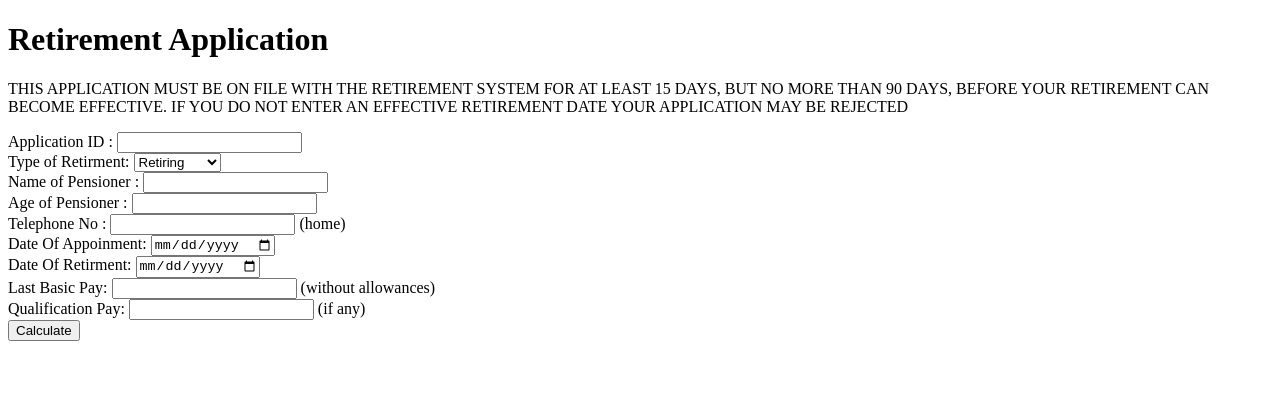
Repository: AQSA-ABDULLAH/RetirementManagmentSystem
Page: RetimentManagmentSystem/src/main/webapp/RetirementApplicationForm.html
These files come from the project's save history. The page is drawn as it stood at one moment and after the next save; the edit follows.
The browser window is 1280 px wide. The pictures show the whole page.

Above is the page before, as saved 2023-08-13 18:14:13.

### RetimentManagmentSystem/src/main/webapp/RetirementApplicationForm.html
<!DOCTYPE html>
<html>
<head>
<meta charset="ISO-8859-1">
<title>Retirment Application</title>
</head>
<body>
  <h1>Retirement Application</h1>
  <form method="post" action="myservlet">

	<p>THIS APPLICATION MUST BE ON FILE WITH THE RETIREMENT SYSTEM FOR AT LEAST 15 DAYS, BUT NO MORE THAN 90
DAYS, BEFORE YOUR RETIREMENT CAN BECOME EFFECTIVE. IF YOU DO NOT ENTER AN EFFECTIVE RETIREMENT DATE
YOUR APPLICATION MAY BE REJECTED</p>

	<label for="id">Application ID :</label>
    <input type="number" id="id" required><br>

	<label for="type">Type of Retirment:</label>
	<select id="fruits" name="fruits">
		<option value="apple">Retiring</option>
		<option value="banana">Banana</option>
        <option value="orange">Orange</option>
        <option value="grape">Grape</option>
        <option value="strawberry">Strawberry</option>
      </select><br>

    <label for="name">Name of Pensioner :</label>
    <input type="text" id="name" required><br>

    <label for="age">Age of Pensioner :</label>
    <input type="number" id="age" required><br>

    <label for="phoneno">Telephone No :</label>
    <input type="number" id="phoneno" required>
    <span>(home)</span><br>

    <label for="DateAppoinment">Date Of Appoinment:</label>
    <input type="date" id="DateApponiment" required><br>

    <label for="DateRetirment">Date Of Retirment:</label>
    <input type="date" id="DateRetirment" required><br>

    <label for="BasicPay">Last Basic Pay:</label>
    <input type="number" id="BasicPay" required>
    <span>(without allowances)</span><br>

    <label for="QualificationPay">Qualification Pay:</label>
    <input type="number" id="QualificationPay">
    <span>(if any)</span><br>

    <button type="button" onclick="calculatePension()">Calculate</button>
  </form>

  <p id="result"></p>
</body>
</html>

After the next save:
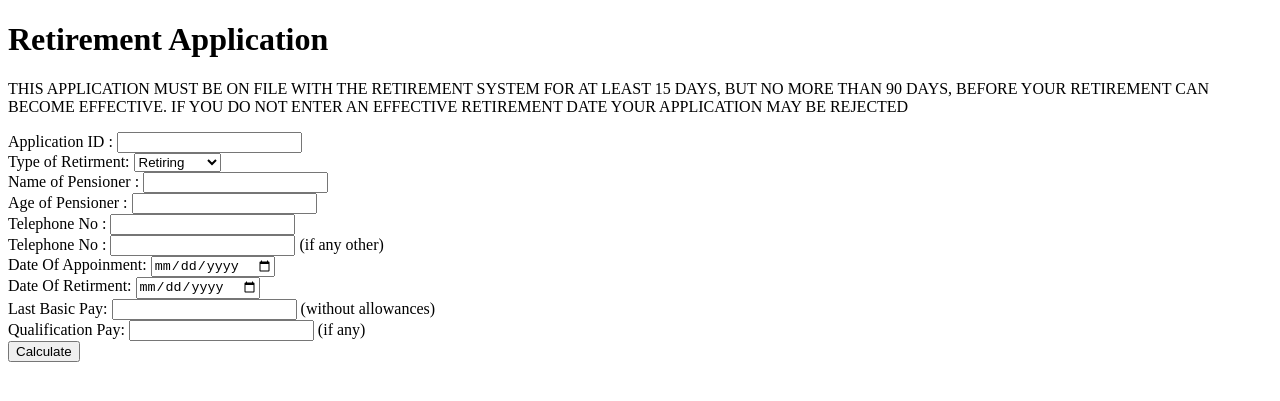
Saved 34 s later.
--- a/RetimentManagmentSystem/src/main/webapp/RetirementApplicationForm.html
+++ b/RetimentManagmentSystem/src/main/webapp/RetirementApplicationForm.html
@@ -31,8 +31,11 @@ YOUR APPLICATION MAY BE REJECTED</p>
     <input type="number" id="age" required><br>
 
     <label for="phoneno">Telephone No :</label>
+    <input type="number" id="phoneno" required><br>
+
+    <label for="phoneno">Telephone No :</label>
     <input type="number" id="phoneno" required>
-    <span>(home)</span><br>
+    <span>(if any other)</span><br>
 
     <label for="DateAppoinment">Date Of Appoinment:</label>
     <input type="date" id="DateApponiment" required><br>
